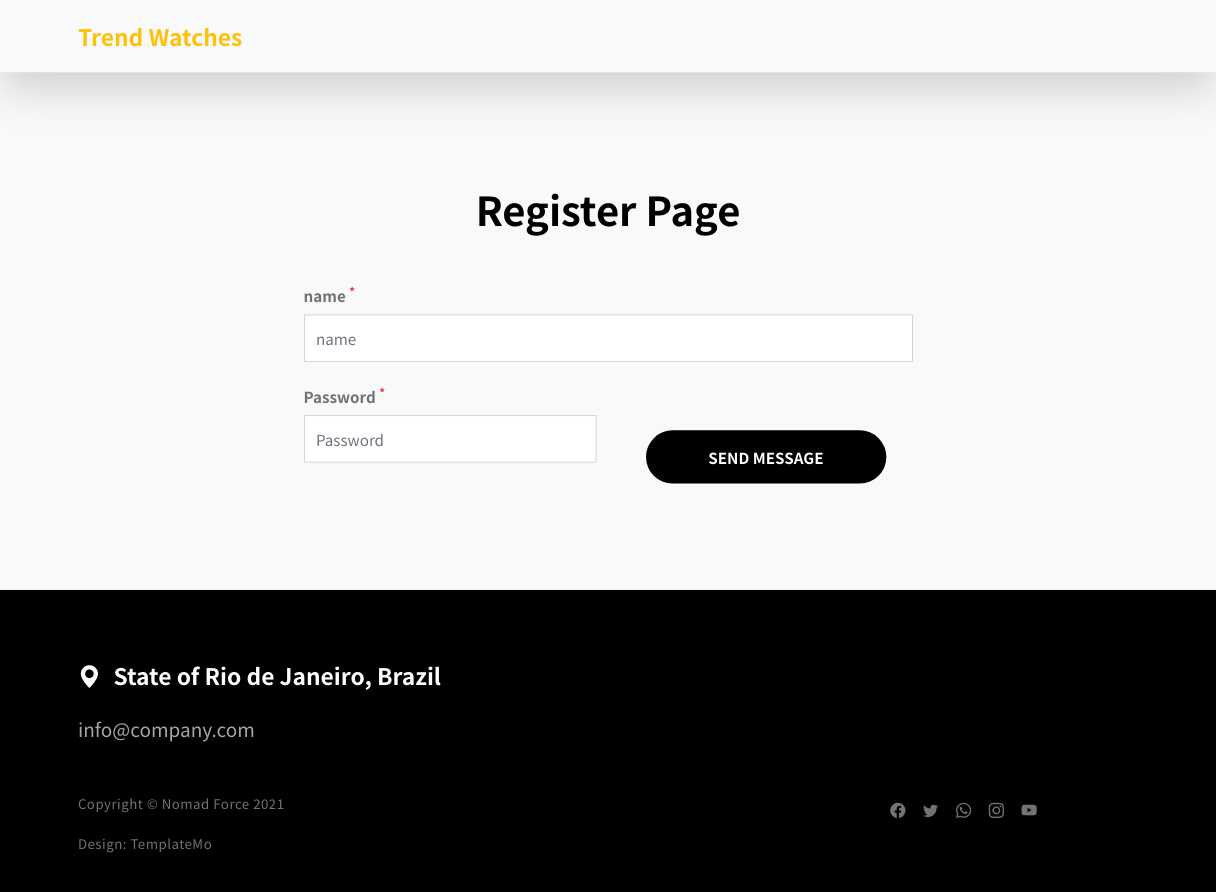
Repository: maqsudov0371/homework
Page: http://localhost/register-user
The author's editor kept a copy of each file at every save. The page is drawn from the files as they stood at one save, then again after the next save.
The browser window is 1280 px wide. The pictures show the whole page, at 95% of full size.
The page is served by the project's application, run on Django 5.2 (manage.py).

Above is the page before, as saved 2024-07-13 14:40:13.

After the next save:
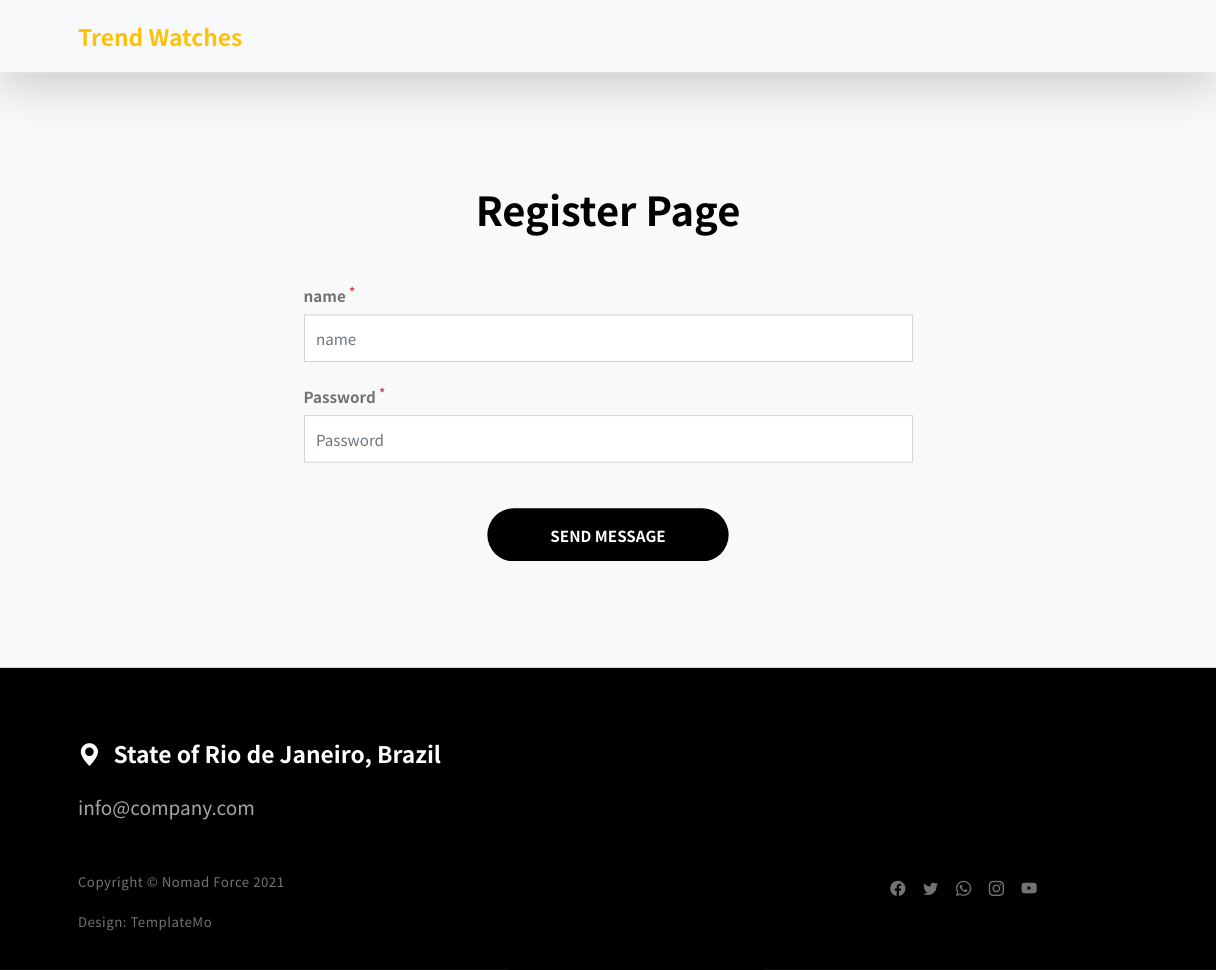
Saved 24 s later.
--- a/templates/register.html
+++ b/templates/register.html
@@ -74,7 +74,7 @@ https://templatemo.com/tm-567-nomad-force
                                     </div>
 
 
-                                    <div class="col-lg-6 col-6">
+                                    <div class="col-lg-12 col-6">
                                         <label for="paswoord" class="form-label">Password <sup class="text-danger">*</sup></label>
 
                                         <input type="password" name="password" id="password"  class="form-control" placeholder="Password" >
